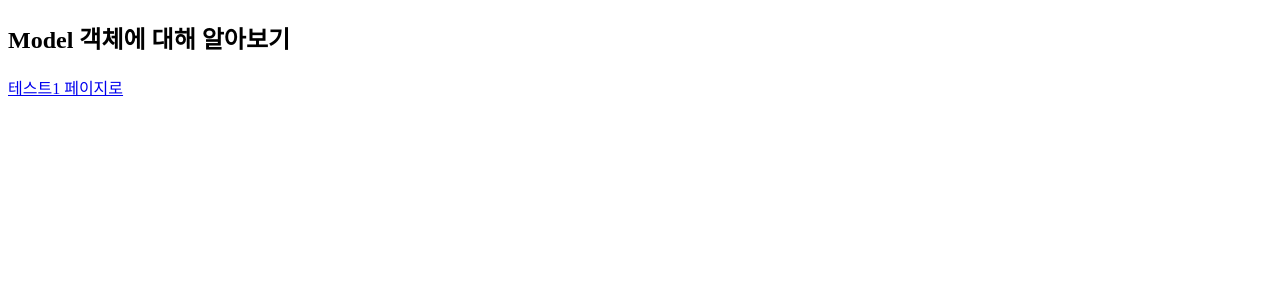
Repository: HANARAE/spring_basic
Page: http://localhost/SpringWebBasic/response/res-ex01
The author's editor kept a copy of each file at every save. The page is drawn from the files as they stood at one save, then again after the next save.
The browser window is 1280 px wide. The pictures show the whole page.
The page is served by Tomcat 9.

Above is the page before, as saved 2023-05-11 08:05:50.

After the next save:
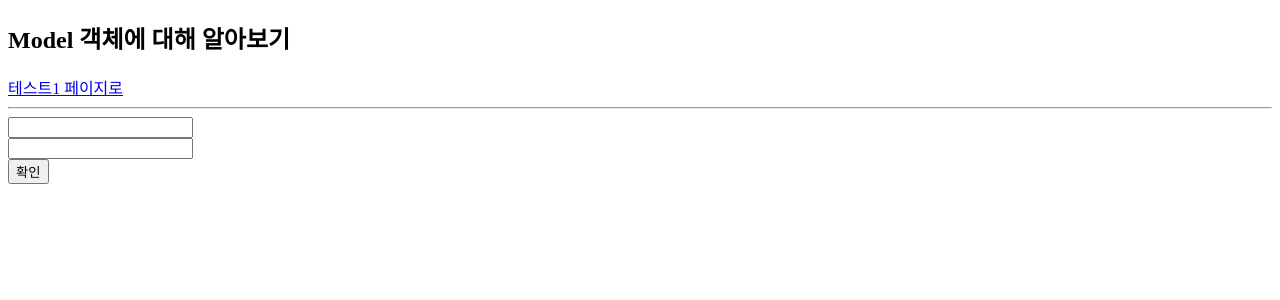
Saved 2 min 22 s later.
--- a/SpringWebBasic/src/main/webapp/WEB-INF/views/response/res-ex01.jsp
+++ b/SpringWebBasic/src/main/webapp/WEB-INF/views/response/res-ex01.jsp
@@ -12,5 +12,15 @@
 
 	<a href="/basic/response/test?age=30">테스트1 페이지로</a>
 
+	<hr>
+
+	<form action="/basic/response.test2">
+		<input type="text" name="userId"> <br>
+		<input type="text" name="userName"> <br>
+		<input type="submit" value="확인""> <br>
+	</form>
+
+
+
 </body>
 </html>
